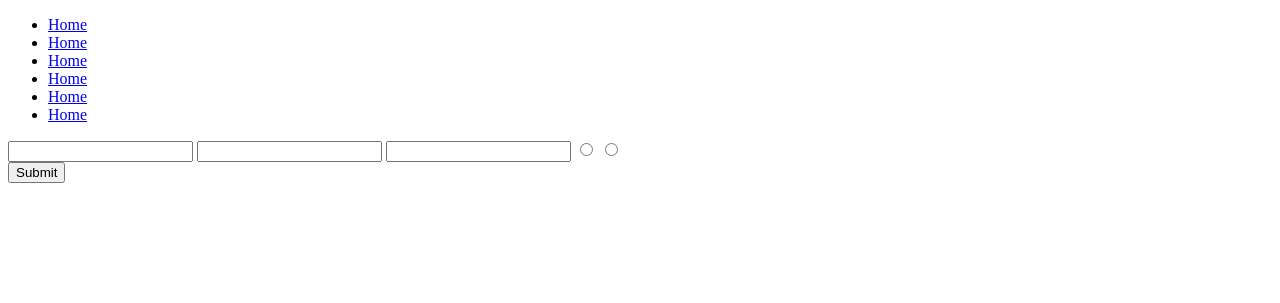
Repository: Naynsh2904/Advance_Java
Page: http://localhost/createForm/NewFile.jsp
The author's editor kept a copy of each file at every save. The page is drawn from the files as they stood at one save, then again after the next save.
The browser window is 1280 px wide. The pictures show the whole page.
The page is served by Tomcat 9.

Above is the page before, as saved 2025-01-31 09:46:54.

### createForm/src/main/webapp/NewFile.jsp
<%@ page language="java" contentType="text/html; charset=UTF-8"
	pageEncoding="UTF-8"%>
<!DOCTYPE html>
<html>
<head>
<meta charset="UTF-8">
<title>Insert title here</title>
</head>
<body>
	<div>

		<nav>
			<ul>
				<li><a href="#">Home</a></li>
				<li><a href="#">Home</a></li>
				<li><a href="#">Home</a></li>
				<li><a href="#">Home</a></li>
				<li><a href="#">Home</a></li>
				<li><a href="#">Home</a></li>
			</ul>
		</nav>
		<form action="#" method="get">
			<input type="text" name="name" value=""> <input type="email"
				name="email" value=""> <input type="password"
				name="password" value=""> <input type="radio" name="gender"
				value="male"> <input type="radio" name="gender"
				value="female">
			<div>
				<button type="submit">Submit</button>
			</div>
		</form>
	</div>
</body>
</html>

After the next save:
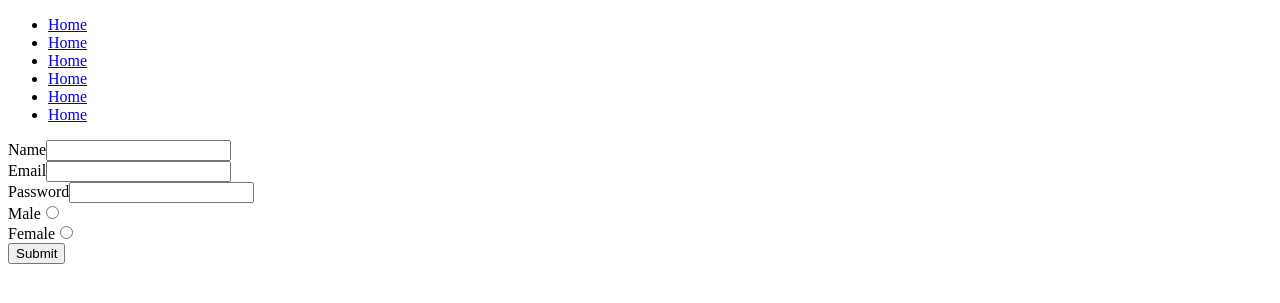
Saved 103 s later.
--- a/createForm/src/main/webapp/NewFile.jsp
+++ b/createForm/src/main/webapp/NewFile.jsp
@@ -4,8 +4,9 @@
 <html>
 <head>
 <meta charset="UTF-8">
-<title>Insert title here</title>
+<title>Document</title>
 </head>
+
 <body>
 	<div>
 
@@ -20,15 +21,34 @@
 			</ul>
 		</nav>
 		<form action="#" method="get">
-			<input type="text" name="name" value=""> <input type="email"
-				name="email" value=""> <input type="password"
-				name="password" value=""> <input type="radio" name="gender"
-				value="male"> <input type="radio" name="gender"
-				value="female">
+			Name<input type="text" name="name" value="" /><br> Email<input
+				type="email" name="email" value="" /><br> Password<input
+				type="password" name="password" value="" /><br> Male<input
+				type="radio" name="gender" value="male" /><br> Female<input
+				type="radio" name="gender" value="female" /><br>
 			<div>
-				<button type="submit">Submit</button>
+				<button type="submit" name="btn">Submit</button>
 			</div>
 		</form>
+		<%
+		if (request.getParameter("btn") != null) {
+			String Name = request.getParameter("name");
+			String Email = request.getParameter("email");
+			String Pass = request.getParameter("password");
+			String Gender = request.getParameter("gender");
+
+			out.print("Name " + Name + " " + "Email: " + Email + " " + "Pass: " + Pass + " " + " Gender " + Gender);
+		%>
+		<h1>Name :<%=Name%></h1>
+		<h1>Email : <%=Email%></h1>
+		<h1>Pass :<%=Pass%></h1>
+		<h1>Gender :<%=Gender%></h1>
+		<script>
+			alert("successfully Done !! ")
+		</script>
+		<%
+		}
+		%>
 	</div>
 </body>
 </html>
